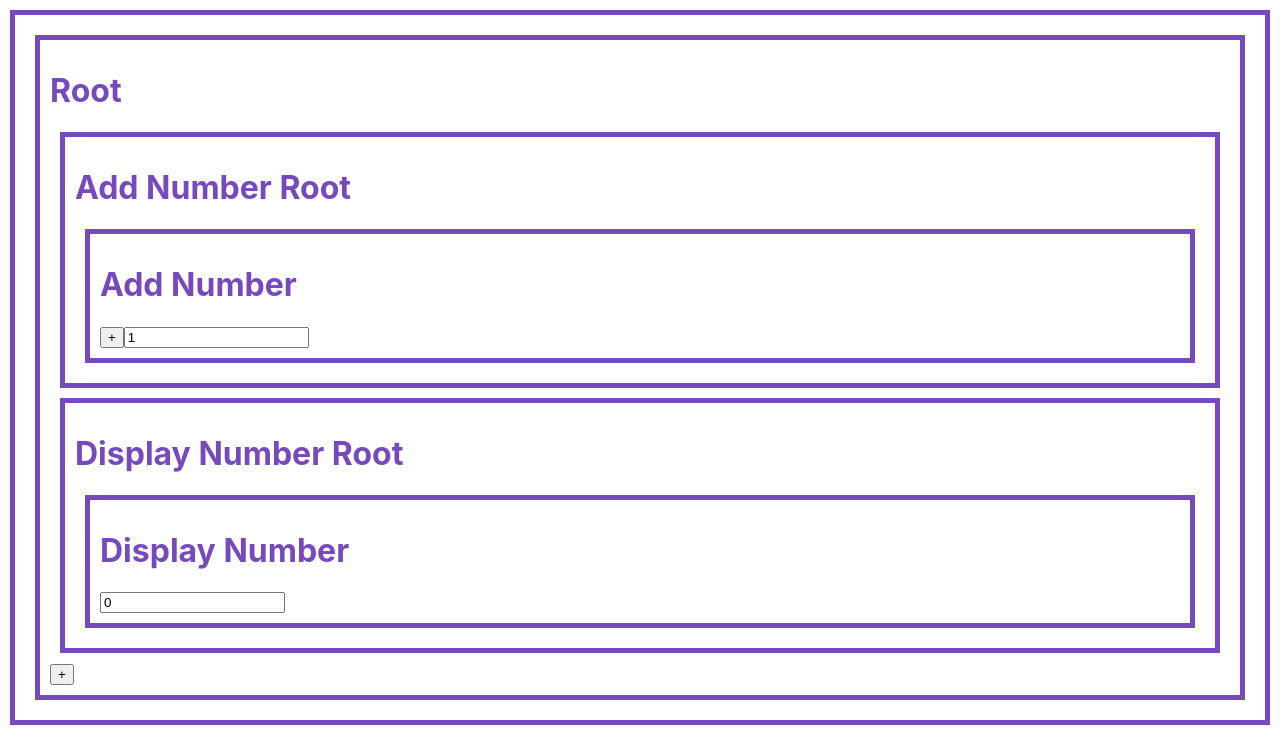
Repository: kyh5270/workspace_react
Page: /
The author's editor kept a copy of each file at every save. The page is drawn from the files as they stood at one save, then again after the next save.
The browser window is 1280 px wide. The pictures show the whole page.
The project was rebuilt for these pictures with package versions that can differ from the ones it lists, and the page was loaded fresh each time.

Above is the page before, as saved 2020-09-15 23:47:33.

After the next save:
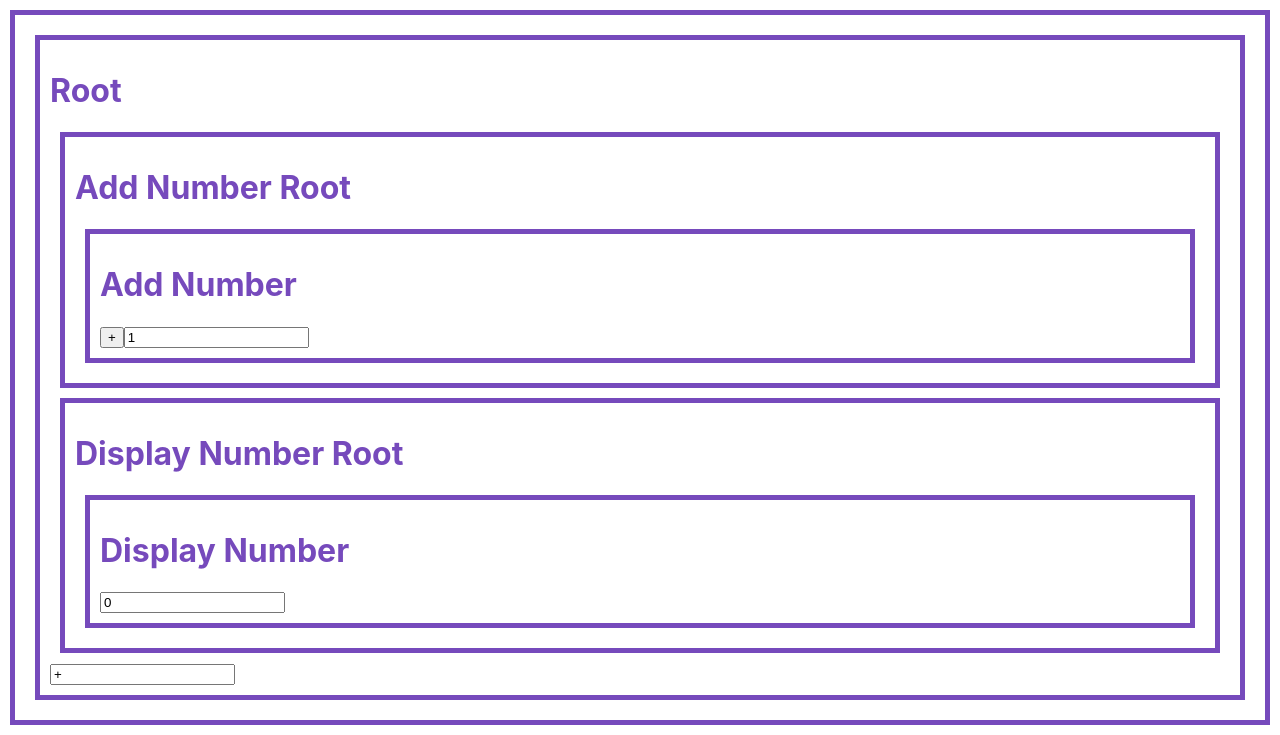
Saved 7 s later.
--- a/src/App.js
+++ b/src/App.js
@@ -17,7 +17,7 @@ class App extends Component {
         <AddNumberRoot></AddNumberRoot>
         <DisplayNumberRoot></DisplayNumberRoot>
 
-        <input type="button" value="+" onClick={function(){
+        <input type="text" value="+" onClick={function(){
           store.dispatch({type:'INCREMENT', size:this.state.size});
         }.bind(this)}></input>
       </div>
